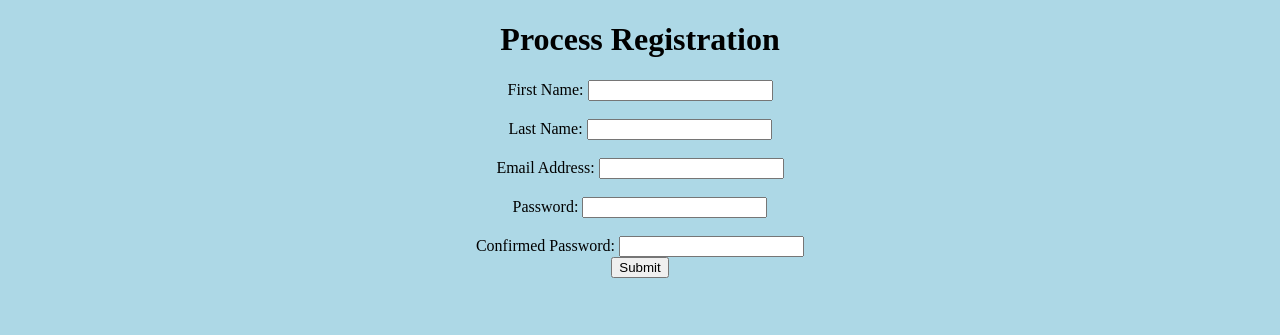
Repository: jedeyejed00/TheGameShaq
Page: http://localhost/ClassWork/ClassAssignment/process_register.php
The author's editor kept a record of every edit. The page is drawn from the files as they stood at one moment, then again after the next edit.
The browser window is 1280 px wide. The pictures show the whole page.
The page is run by PHP 8.4 with error messages shown; the project is at /var/www/html/.

Above is the page before.

After the next edit:
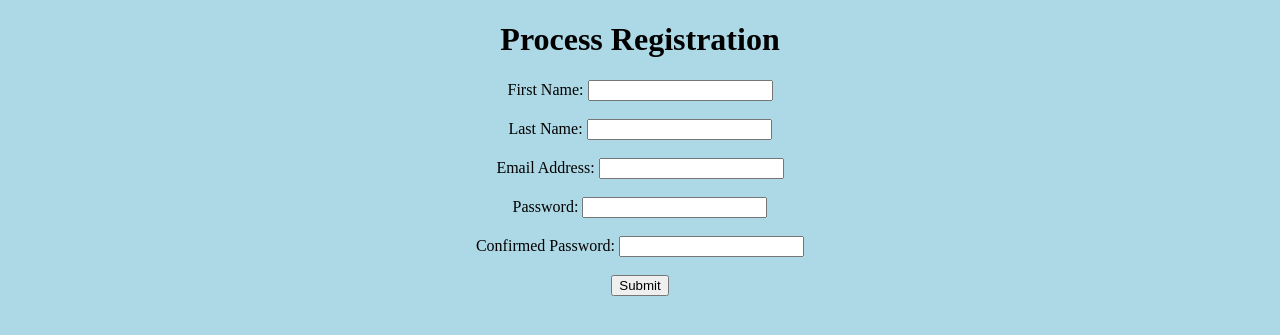
The edit:
--- a/ClassWork/ClassAssignment/process_register.php
+++ b/ClassWork/ClassAssignment/process_register.php
@@ -24,7 +24,7 @@
                     <input type ="password"= name = "password" id ="password" required> <br><br>
 
                     <label for ="confpassword">Confirmed Password:</label>
-                    <input type ="password"= name = "confpassword" id ="confpassword" required><br>
+                    <input type ="password"= name = "confpassword" id ="confpassword" required><br> <br>
 
                     <button> Submit</button>
 
